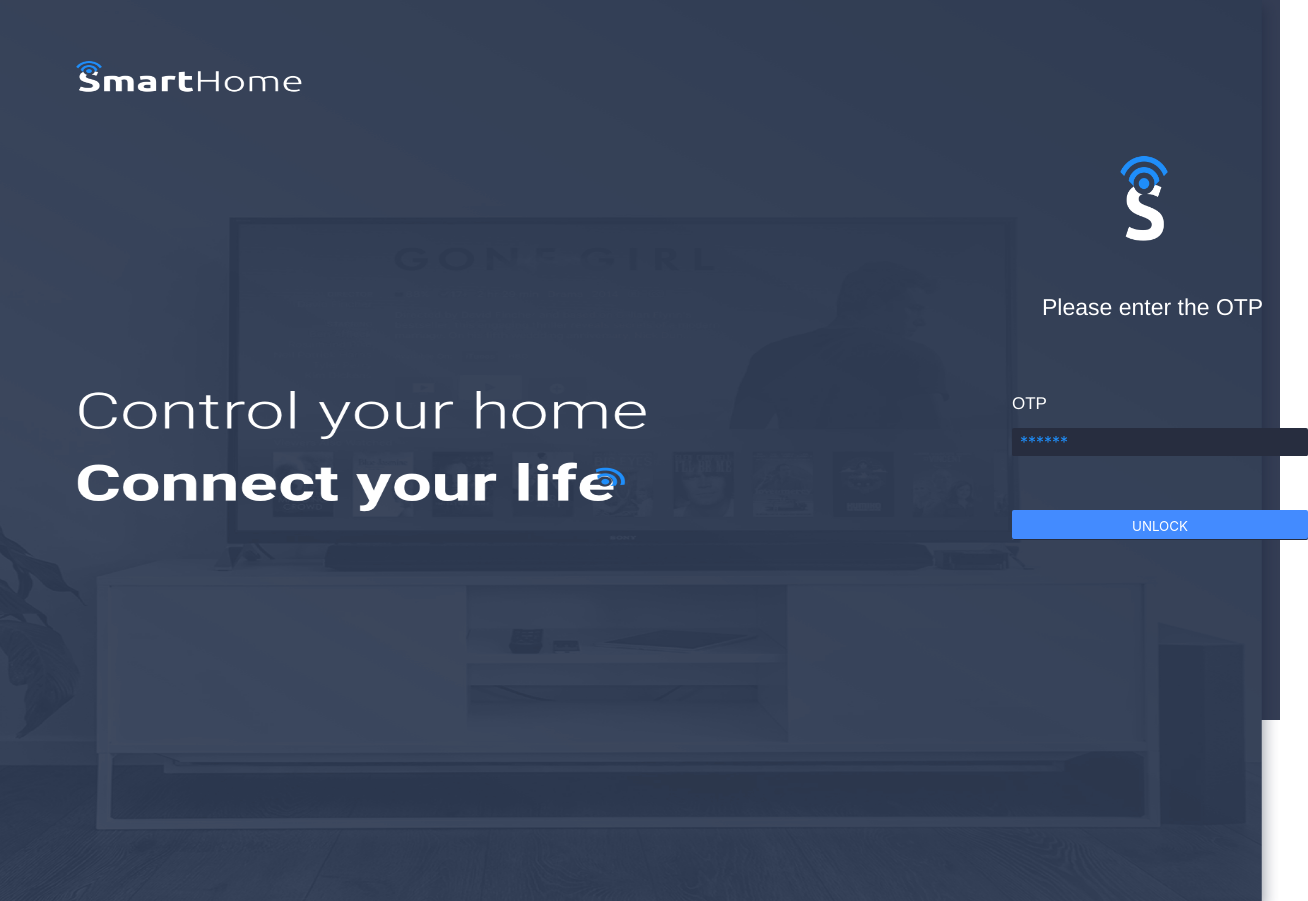
Repository: aba450/smart-door
Page: / (app in S3/smart-door-visitor/)
These files come from the project's save history. The page is drawn as it stood at one moment and after the next save; the edit follows.
The browser window is 1280 px wide. The page is 1308 px wide, so the pictures cover 1308 px, including what lies to the right of the window. The pictures show the whole page.
The project was rebuilt for these pictures with package versions that can differ from the ones it lists, and the page was loaded fresh each time.

Above is the page before, as saved 2020-03-17 20:49:31.

### S3/smart-door-visitor/src/App.js
import React from 'react';
import './App.css';
import Camera_ON from './Camera_ON.jpg'
import SLogo from './SLogo.png'
import Left from './Left.png'

function App() {



  return (
    <div className="App">
    <img src={Left} className="Left-img"/>

      {/* <img src={Camera_ON} className="Camera-logo"/>  */}
      <img src={SLogo} className="S-logo"/>
      <label className="text-label">Please enter the OTP</label>
       <label className="otp-label">OTP</label>
        <input type="text" className="otp-input" placeholder="******"></input>
        <button className="unlock-button">UNLOCK</button>
    </div>
  );
}

export default App;

### S3/smart-door-visitor/src/App.css
.App {
  text-align: center;
  background-color: #343d54;
  min-height: 100vh;
  display: flex;
  flex-direction: column;
  font-size: calc(10px + 2vmin);
  color: white;
}

.Camera-logo {
  position: absolute;
  height: 100px;
  width: 100px;
  left: 53px;
  top: 241px;
}

.S-logo {
  position: absolute;
  height: 86px;
  width: 48px;
  left: 1120px;
  top: 155px;
}

.Left-img {
  position: absolute;
  top: 0px;
  left: 0px;
  height: 901px;
  width: 100%;
}

.text-label {
  position: absolute;
  font-family:Helvetica;
  font-size:23px;
  color:#ffffff;
  letter-spacing:0;
  text-align:left;
  left:1042px;
  top:294px;
}

.otp-label {
  position: absolute;
  font-family:Helvetica;
  font-size:17px;
  color:#ffffff;
  letter-spacing:0;
  text-align:left;
  left:1012px;
  top:394px;
}

.otp-input {
  color:#1f8efa;
  background-color: #272d3f;
  letter-spacing:0;
  text-align:left;
  position: absolute;
  left:1012px;
  top:428px;
}

::placeholder {
  color:#1f8efa;
}

.unlock-button {
  position: absolute;
  background-color: #438bff;
  left:1012px;
  top:510px;
}

input {
    -webkit-appearance: none;
    appearance: none;
    margin: auto;
    max-width: 280px;
    border-radius: 2px;
    border: 0;
    overflow: hidden;
    width: 100%;
    font-family:-apple-system, BlinkMacSystemFont, 'Segoe UI', Roboto, Oxygen, Ubuntu, Cantarell, 'Open Sans', 'Helvetica Neue', sans-serif;
    padding: 8px 8px 8px 8px;
    height: 12px;
    font-size: 16px;
    font-weight: 400;
    box-shadow: inset 0 -1px 0  #272d3f;
    transition: all .15s ease;
}

button {
  height: 30px;
  max-width: 296px;
  margin: auto;
  width: 100%;
  color: white;
  font-family:-apple-system, BlinkMacSystemFont, 'Segoe UI', Roboto, Oxygen, Ubuntu, Cantarell, 'Open Sans', 'Helvetica Neue', sans-serif;
  border-radius: 2px;
  border: 0;
  padding: 8px 8px 8px 8px;
  box-shadow: inset 0 -1px 0  #272d3f;
    transition: all .15s ease;
}

Loaded but not shown: S3/smart-door-visitor/public/index.html (common file); S3/smart-door-visitor/src/index.js (common file); S3/smart-door-visitor/src/index.css (common file); S3/smart-door-visitor/src/serviceWorker.js (common file)

After the next save:
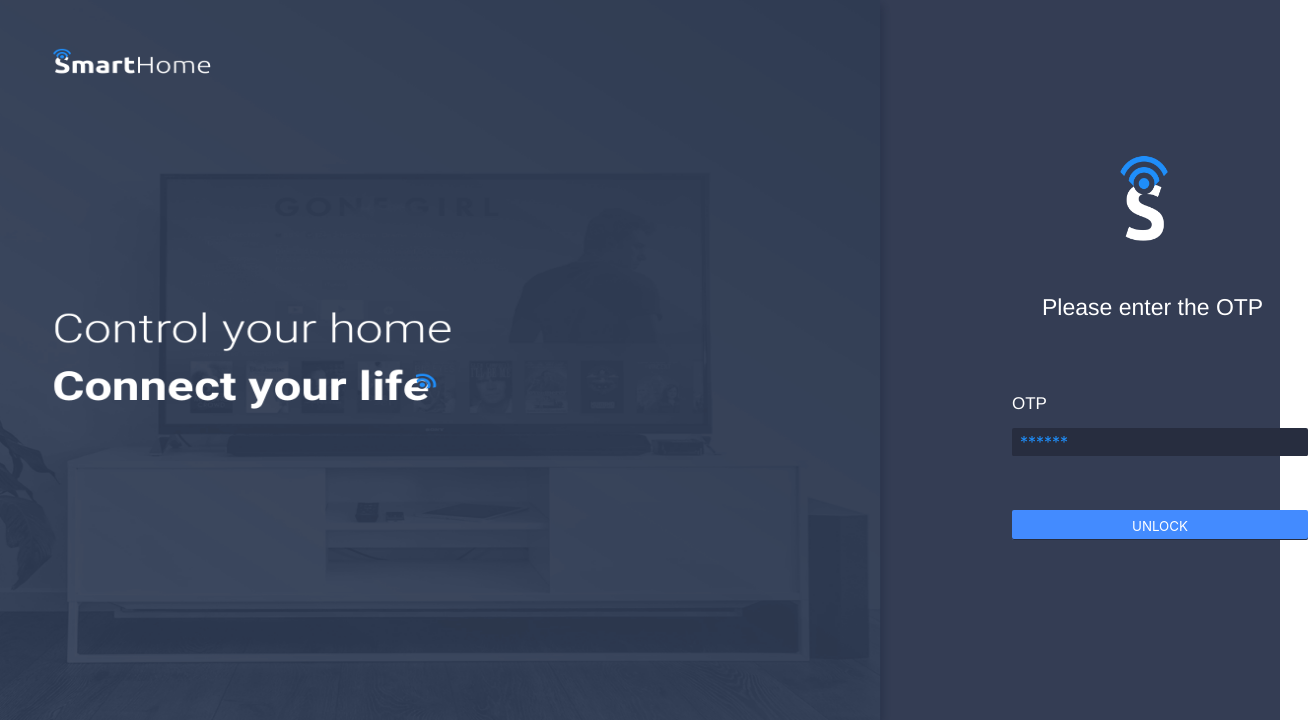
Saved 14 s later.
--- a/S3/smart-door-visitor/src/App.css
+++ b/S3/smart-door-visitor/src/App.css
@@ -28,8 +28,8 @@
   position: absolute;
   top: 0px;
   left: 0px;
-  height: 901px;
-  width: 100%;
+  height: 100%;
+  width: 893px;
 }
 
 .text-label {
